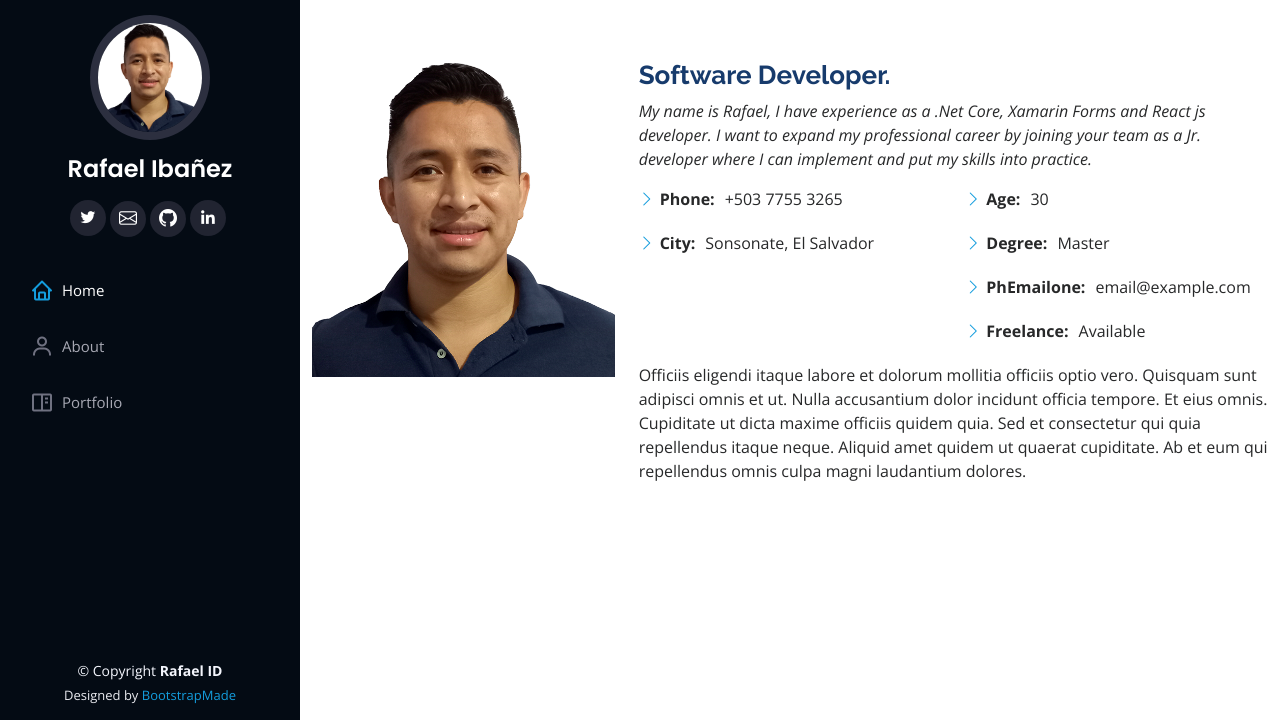
Repository: ralfId/myportfolio
Page: /about
These files come from the project's save history. The page is drawn as it stood at one moment and after the next save; the edit follows.
The browser window is 1280 px wide. The pictures show the whole page.
The project was rebuilt for these pictures with package versions that can differ from the ones it lists, and the page was loaded fresh each time. Also part of the build but not shown: src/components/Home.js, src/data/projects.js, src/components/Projects/ProjectItem.js, src/components/Projects/ProjectIndex.js, src/helpers/ProjectById.js, src/components/Projects/ProjectDetail.js.

Above is the page before, as saved 2021-09-20 18:58:29.

### public/index.html
<!DOCTYPE html>
<html lang="en">

<head>
  <meta charset="utf-8" />
  <link rel="icon" href="%PUBLIC_URL%/favicon.ico" />
  <meta name="viewport" content="width=device-width, initial-scale=1" />
  <meta name="theme-color" content="#000000" />
  <meta name="description" content="Web site created using create-react-app" />
  <link rel="apple-touch-icon" href="%PUBLIC_URL%/logo192.png" />
  <link rel="manifest" href="%PUBLIC_URL%/manifest.json" />

  <!-- Google Fonts -->
  <link
    href="https://fonts.googleapis.com/css?family=Open+Sans:300,300i,400,400i,600,600i,700,700i|Raleway:300,300i,400,400i,500,500i,600,600i,700,700i|Poppins:300,300i,400,400i,500,500i,600,600i,700,700i"
    rel="stylesheet">

  <!-- Vendor CSS Files -->
  <link href="vendor/aos/aos.css" rel="stylesheet">
  <link href="vendor/bootstrap/css/bootstrap.min.css" rel="stylesheet">
  <link href="vendor/bootstrap-icons/bootstrap-icons.css" rel="stylesheet">
  <link href="vendor/boxicons/css/boxicons.min.css" rel="stylesheet">
  <link href="vendor/glightbox/css/glightbox.min.css" rel="stylesheet">
  <link href="vendor/swiper/swiper-bundle.min.css" rel="stylesheet">

  <!-- Template Main CSS File -->
  <link href="css/style.css" rel="stylesheet">
  <title>React App</title>

  <!-- =======================================================
  * Template Name: iPortfolio - v3.3.0
  * Template URL: https://bootstrapmade.com/iportfolio-bootstrap-portfolio-websites-template/
  * Author: BootstrapMade.com
  * License: https://bootstrapmade.com/license/
  ======================================================== -->
</head>

<body>
  <noscript>You need to enable JavaScript to run this app.</noscript>
  <div id="root"></div>
  <!--
      This HTML file is a template.
      If you open it directly in the browser, you will see an empty page.

      You can add webfonts, meta tags, or analytics to this file.
      The build step will place the bundled scripts into the <body> tag.

      To begin the development, run `npm start` or `yarn start`.
      To create a production bundle, use `npm run build` or `yarn build`.
    -->
 <!-- Vendor JS Files -->
 <script src="vendor/aos/aos.js" type="text/javascript"></script>
 <script src="vendor/bootstrap/js/bootstrap.bundle.min.js" type="text/javascript"></script>
 <script src="vendor/glightbox/js/glightbox.min.js" type="text/javascript"></script>
 <script src="vendor/isotope-layout/isotope.pkgd.min.js" type="text/javascript"></script>
 <script src="vendor/php-email-form/validate.js" type="text/javascript"></script>
 <script src="vendor/purecounter/purecounter.js" type="text/javascript"></script>
 <script src="vendor/swiper/swiper-bundle.min.js" type="text/javascript"></script>
 <script src="vendor/typed.js/typed.min.js" type="text/javascript"></script>
 <script src="vendor/waypoints/noframework.waypoints.js" type="text/javascript"></script>

 <!-- Template Main JS File -->
 <script src="js/main.js" type="text/javascript"></script>

</body>

</html>

### src/components/About.js
import React from 'react'

export const About = () => {
    return (

        <section id="about" className="about">
            <div className="container">

                <div className="row">
                    <div className="col-lg-4" data-aos="fade-right">
                        <img src="../img/profile-img.png" className="img-fluid" alt="" />
                    </div>
                    <div className="col-lg-8 pt-4 pt-lg-0 content" data-aos="fade-left">
                        <h3>Software Developer.</h3>
                        <p className="fst-italic">
                        My name is Rafael, I have experience as a .Net Core, Xamarin Forms and React js developer.
                        I want to expand my professional career by joining your team as a Jr. developer where
                        I can implement and put my skills into practice.
                        </p>
                        <div className="row">
                            <div className="col-lg-6">
                                <ul>
                                    {/* <li><i className="bi bi-chevron-right"></i> <strong>Birthday:</strong> <span>1 May 1995</span></li>
                                    <li><i className="bi bi-chevron-right"></i> <strong>Website:</strong> <span>www.example.com</span></li> */}
                                    <li><i className="bi bi-chevron-right"></i> <strong>Phone:</strong> <span>+503 7755 3265</span></li>
                                    <li><i className="bi bi-chevron-right"></i> <strong>City:</strong> <span>Sonsonate, El Salvador</span></li>
                                </ul>
                            </div>
                            <div className="col-lg-6">
                                <ul>
                                    <li><i className="bi bi-chevron-right"></i> <strong>Age:</strong> <span>30</span></li>
                                    <li><i className="bi bi-chevron-right"></i> <strong>Degree:</strong> <span>Master</span></li>
                                    <li><i className="bi bi-chevron-right"></i> <strong>PhEmailone:</strong> <span>email@example.com</span></li>
                                    <li><i className="bi bi-chevron-right"></i> <strong>Freelance:</strong> <span>Available</span></li>
                                </ul>
                            </div>
                        </div>
                        <p>
                            Officiis eligendi itaque labore et dolorum mollitia officiis optio vero. Quisquam sunt adipisci omnis et ut. Nulla accusantium dolor incidunt officia tempore. Et eius omnis.
                            Cupiditate ut dicta maxime officiis quidem quia. Sed et consectetur qui quia repellendus itaque neque. Aliquid amet quidem ut quaerat cupiditate. Ab et eum qui repellendus omnis culpa magni laudantium dolores.
                        </p>
                    </div>
                </div>

            </div>
        </section>

    )
}

Loaded but not shown: src/index.js (common file); public/vendor/aos/aos.css (library); public/vendor/bootstrap/css/bootstrap.min.css (library); public/vendor/bootstrap-icons/bootstrap-icons.css (library); public/vendor/boxicons/css/boxicons.min.css (library); public/vendor/glightbox/css/glightbox.min.css (library); public/vendor/swiper/swiper-bundle.min.css (library); public/vendor/aos/aos.js (library); public/vendor/bootstrap/js/bootstrap.bundle.min.js (library); public/vendor/glightbox/js/glightbox.min.js (library); public/vendor/isotope-layout/isotope.pkgd.min.js (library); public/vendor/php-email-form/validate.js (common file); public/vendor/purecounter/purecounter.js (library); public/vendor/swiper/swiper-bundle.min.js (library); public/vendor/typed.js/typed.min.js (library); public/vendor/waypoints/noframework.waypoints.js (library); public/js/main.js (267 lines, source omitted); src/components/Nav.js (48 lines, source omitted); src/routers/AppRouter.js (33 lines, source omitted); src/components/Footer.js (16 lines, source omitted); src/Portfolio.js (10 lines, source omitted); public/css/style.css (1154 lines, source omitted)

After the next save:
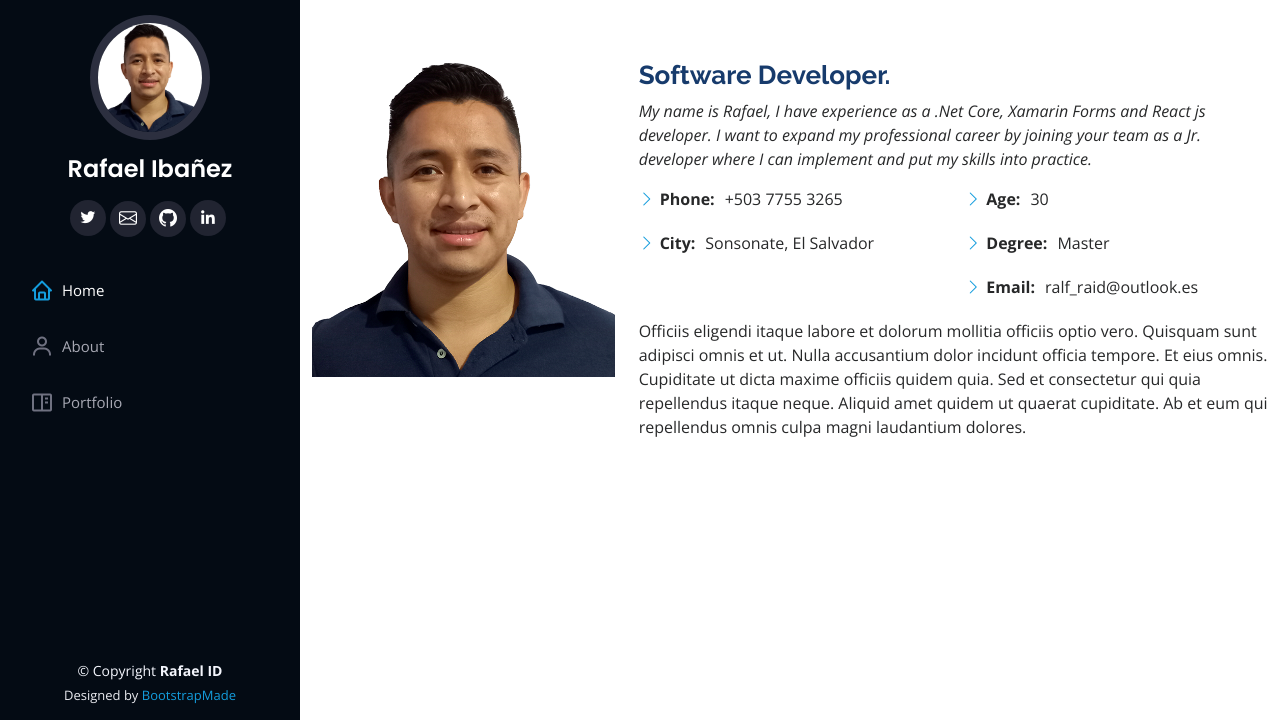
Saved 66 s later.
--- a/src/components/About.js
+++ b/src/components/About.js
@@ -30,8 +30,8 @@ export const About = () => {
                                 <ul>
                                     <li><i className="bi bi-chevron-right"></i> <strong>Age:</strong> <span>30</span></li>
                                     <li><i className="bi bi-chevron-right"></i> <strong>Degree:</strong> <span>Master</span></li>
-                                    <li><i className="bi bi-chevron-right"></i> <strong>PhEmailone:</strong> <span>email@example.com</span></li>
-                                    <li><i className="bi bi-chevron-right"></i> <strong>Freelance:</strong> <span>Available</span></li>
+                                    <li><i className="bi bi-chevron-right"></i> <strong>Email:</strong> <span>ralf_raid@outlook.es</span></li>
+                                    {/* <li><i className="bi bi-chevron-right"></i> <strong>Freelance:</strong> <span>Available</span></li> */}
                                 </ul>
                             </div>
                         </div>
